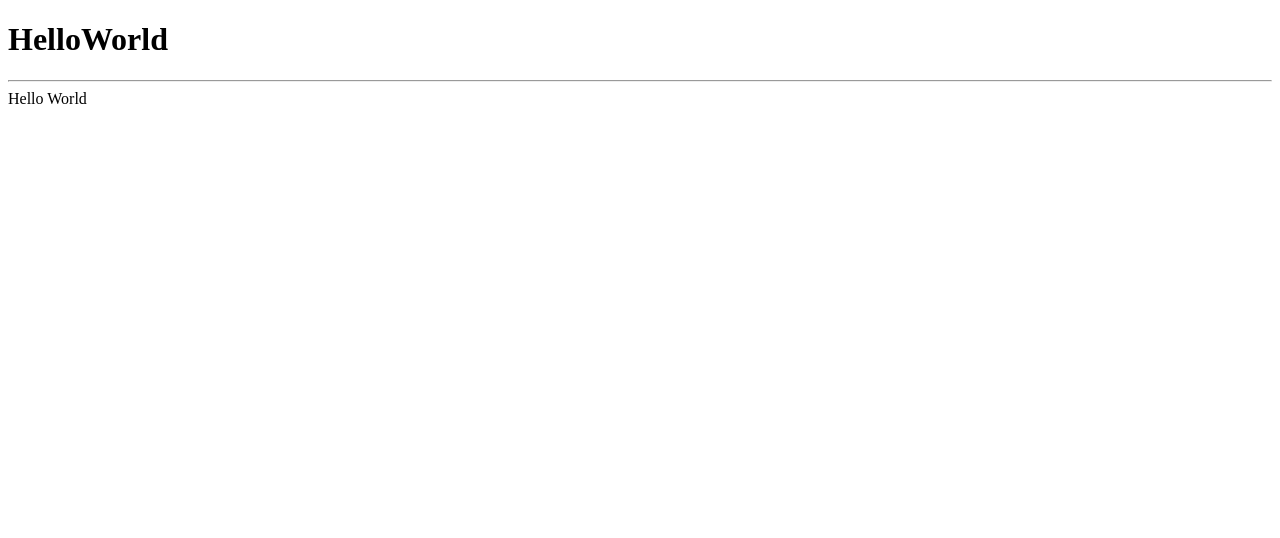
Repository: 13982720426/vue2.0-LearningNotes
Page: example/v-bind.html
These files come from the project's save history. The page is drawn as it stood at one moment and after the next save; the edit follows.
The browser window is 1280 px wide. The pictures show the whole page.

Above is the page before, as saved 2021-06-24 13:35:06.

### example/v-bind.html
<!DOCTYPE html>
<html lang="en">
  <head>
    <meta charset="UTF-8" />
    <meta http-equiv="X-UA-Compatible" content="IE=edge" />
    <meta name="viewport" content="width=device-width, initial-scale=1.0" />
    <title>HelloWord</title>
    <script type="text/javascript" src="../assets/js/vue.js"></script>
  </head>
  <body>
    <h1>HelloWorld</h1>
    <hr />
    <div id="app">{{message}}</div>
    <script type="text/javascript">
      var app = new Vue({
        el: '#app',
        data: {
          message: 'Hello World',
        },
      });
    </script>
  </body>
</html>

Loaded but not shown: assets/js/vue.js (library)

After the next save:
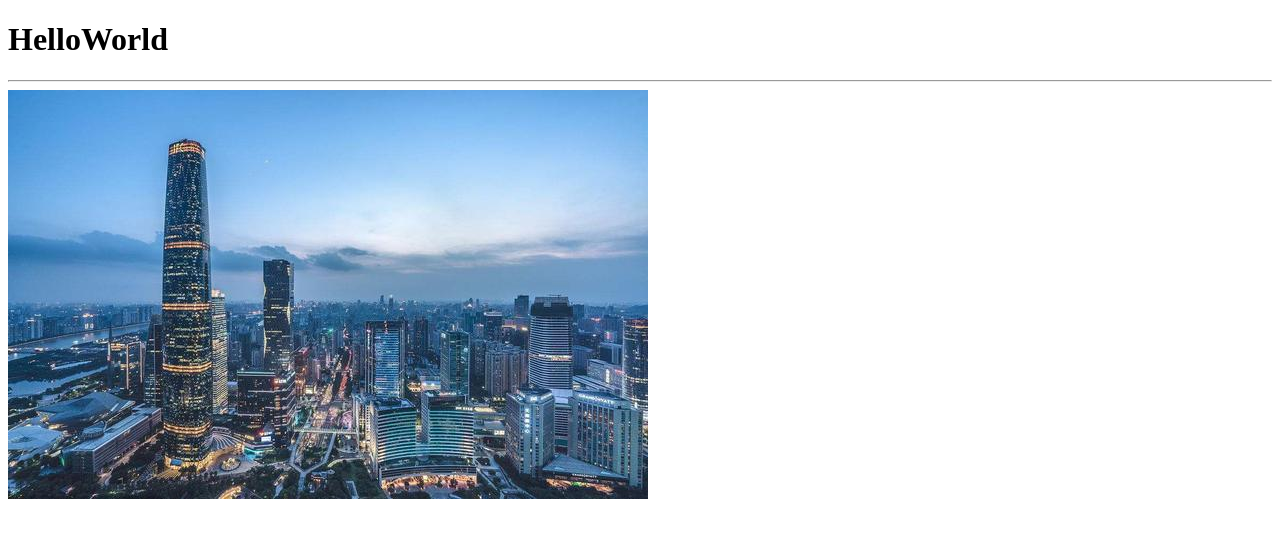
Saved 41 s later.
--- a/example/v-bind.html
+++ b/example/v-bind.html
@@ -10,7 +10,9 @@
   <body>
     <h1>HelloWorld</h1>
     <hr />
-    <div id="app">{{message}}</div>
+    <div id="app">
+      <img src="./1.jpeg" />
+    </div>
     <script type="text/javascript">
       var app = new Vue({
         el: '#app',
